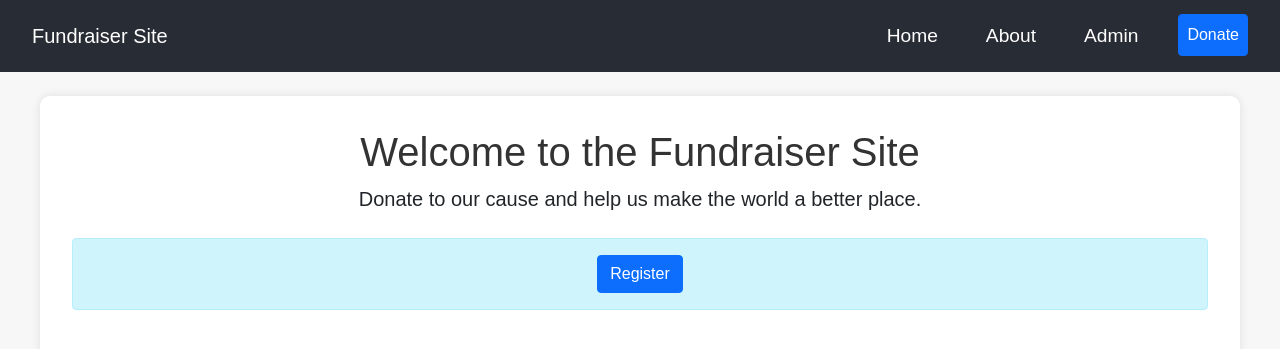
Repository: DragonFruit8/Fundraiser-Page
Page: /
An editor plug-in stored every save of this project. The page is shown before and after the next save, followed by the edit.
The browser window is 1280 px wide. The pictures show the whole page.
The project was rebuilt for these pictures with package versions that can differ from the ones it lists, and the page was loaded fresh each time. Also part of the build but not shown: src/pages/About.js, src/pages/Donate.js, src/pages/Admin.js.

Above is the page before, as saved 2024-07-19 14:14:28.

After the next save:
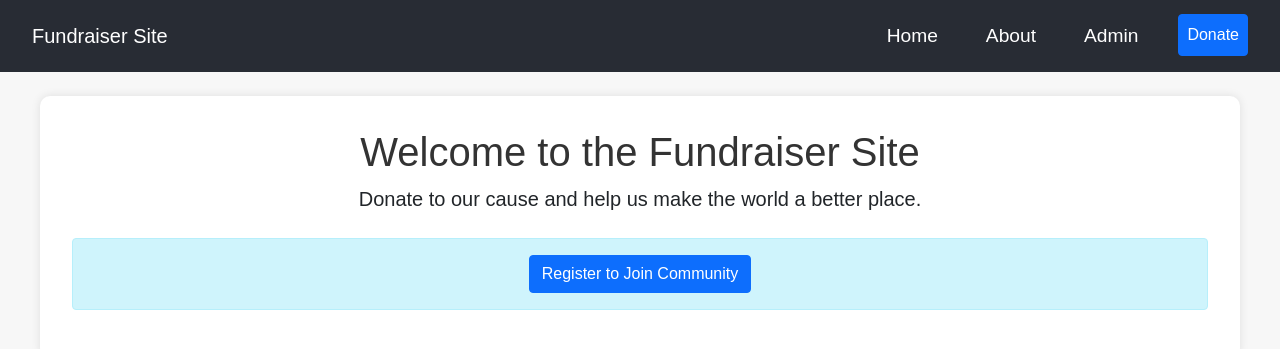
Saved 6 s later.
--- a/src/pages/HomeContainer.js
+++ b/src/pages/HomeContainer.js
@@ -40,7 +40,7 @@ const HomeContainer = () => {
             <p className="lead">Donate to our cause and help us make the world a better place.</p>
             <div className="alert alert-info mt-4" role="alert">
             <button type="button" className="btn btn-primary" data-bs-toggle="modal" data-bs-target="#exampleModal">
-                Register
+                Register to Join Community
                 </button>
             </div>
 
